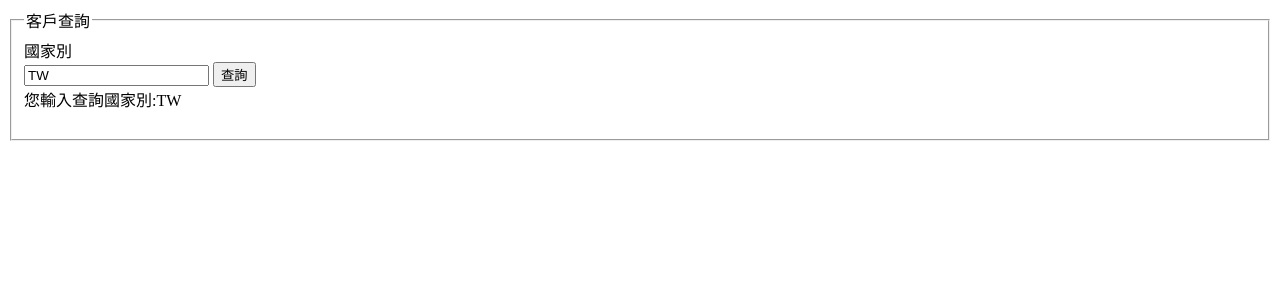
Repository: JunTingLin/web0620
Page: http://localhost/myWeb/customersqrycountry.jsp
An editor plug-in stored every save of this project. The page is shown before and after a run of saves, followed by the edit.
The browser window is 1280 px wide. The pictures show the whole page.
The page is served by Tomcat 9.

Above is the page before, as saved 2022-06-26 18:01:17.

After the next 3 saves:
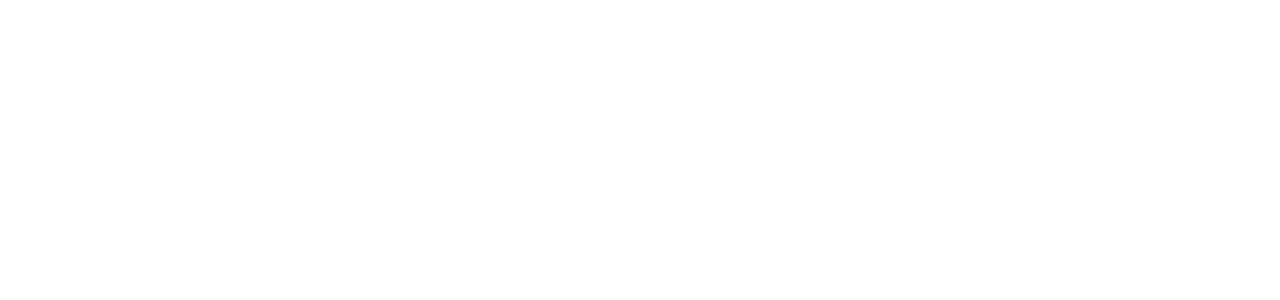
Console error: TypeError: Cannot read properties of null (reading 'addEventListener')
The 3 saves are shown as one change because they came seconds apart.
The last was saved 57 s later.
--- a/myWeb/src/main/webapp/customersqrycountry.jsp
+++ b/myWeb/src/main/webapp/customersqrycountry.jsp
@@ -17,7 +17,7 @@
 		<br>
 		<div>您輸入查詢國家別:{{countryKey}}</div>
 		<br>
-		<!--<div style="font-size:24px;color:red;">{{ messgaeData.message }} </div>-->
+		<div style="font-size:24px;color:red;">{{ messgaeData.message }} </div>
 		<fieldset v-if="isShow">
 			<legend>查詢結果</legend>
 		</fieldset>

After the 2 saves that followed:
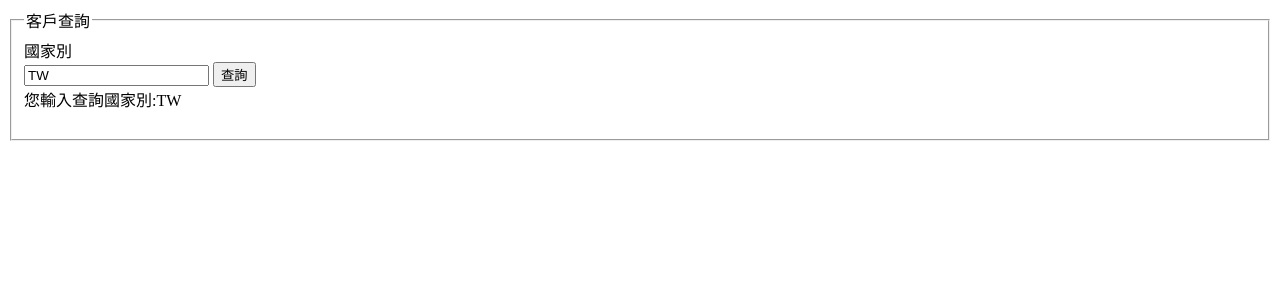
The error is gone.
The 2 saves are shown as one change because they came seconds apart.
The last was saved 8 s later.
--- a/myWeb/src/main/webapp/customersqrycountry.jsp
+++ b/myWeb/src/main/webapp/customersqrycountry.jsp
@@ -17,7 +17,7 @@
 		<br>
 		<div>您輸入查詢國家別:{{countryKey}}</div>
 		<br>
-		<div style="font-size:24px;color:red;">{{ messgaeData.message }} </div>
+		<div style="font-size:24px;color:red;">{{ messageData.message }} </div>
 		<fieldset v-if="isShow">
 			<legend>查詢結果</legend>
 		</fieldset>
